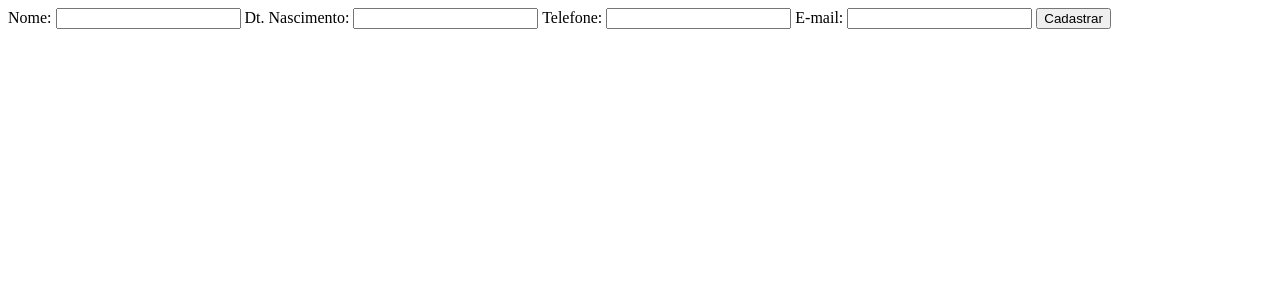
Repository: edwardcarvalho/PI-Agenda-WEB
Page: AgendaWeb/WebContent/index.html
These files come from the project's save history. The page is drawn as it stood at one moment and after the next save; the edit follows.
The browser window is 1280 px wide. The pictures show the whole page.

Above is the page before, as saved 2016-10-19 23:38:07.

After the next save:
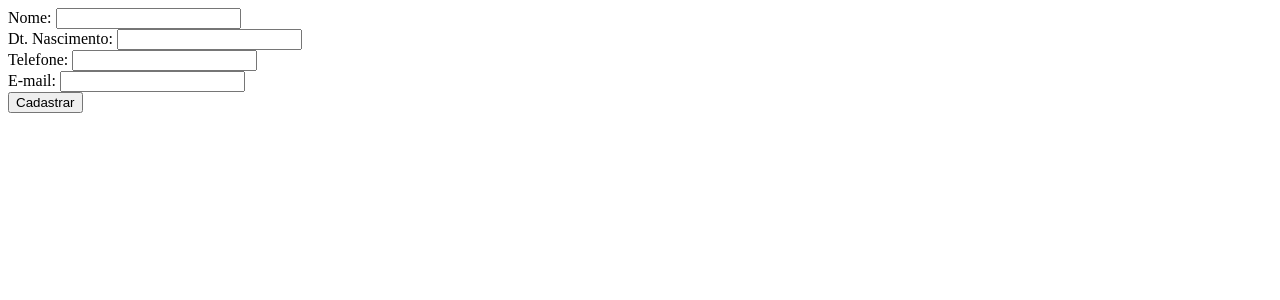
Saved 22 s later.
--- a/AgendaWeb/WebContent/index.html
+++ b/AgendaWeb/WebContent/index.html
@@ -7,11 +7,11 @@
 <body>
 
 	<form action="Cadastrar" method="post" id=formCadastro>
-		Nome: <input type="text" name="nome">
-		Dt. Nascimento: <input type="text" name="dataNascimento">
-		Telefone: <input type="text" name="telefone">
-		E-mail: <input type="text" name="email">
-		<input type="submit" value=Cadastrar>
+		Nome: <input type="text" name="nome"></br>
+		Dt. Nascimento: <input type="text" name="dataNascimento"></br>
+		Telefone: <input type="text" name="telefone"></br>
+		E-mail: <input type="text" name="email"></br>
+		<input type="submit" value=Cadastrar></br>
 	</form>
 </body>
 </html>
